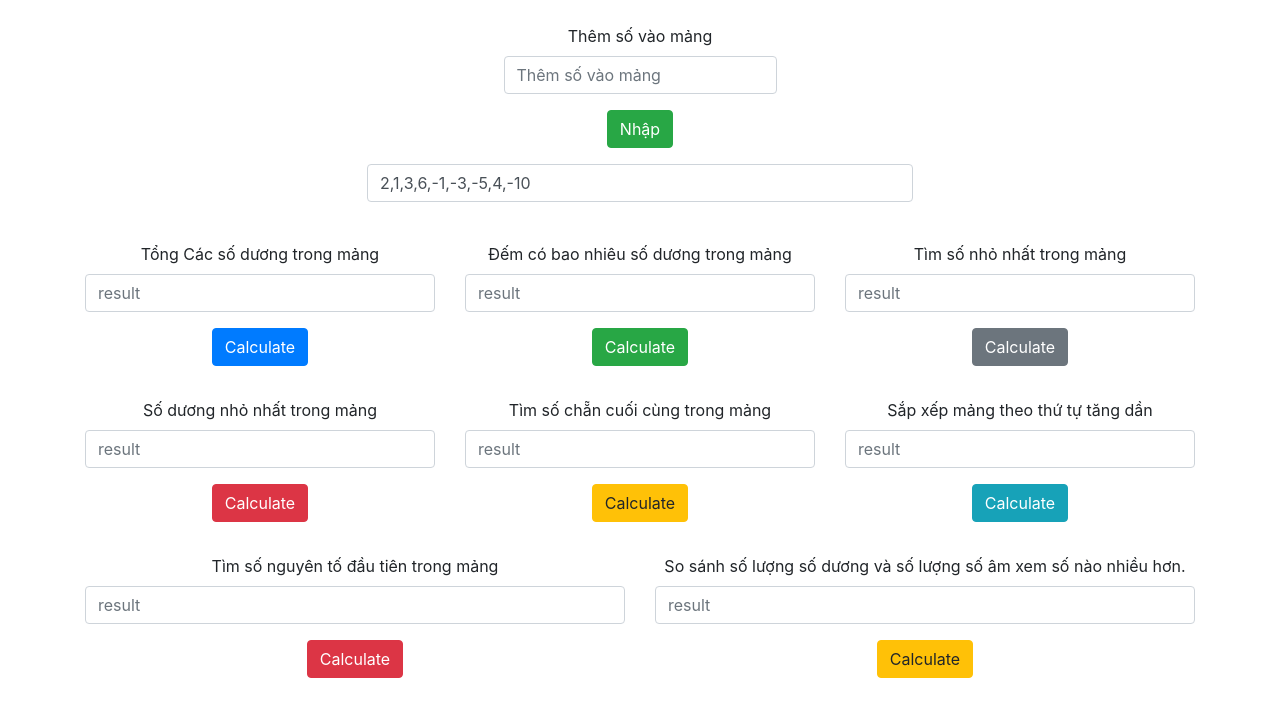
Repository: baobaodeveloper/bootcamp21__array__HuynhAnhBao
Page: index.html
An editor plug-in stored every save of this project. The page is shown before and after the next save, followed by the edit.
The browser window is 1280 px wide. The pictures show the whole page.

Above is the page before, as saved 2022-03-20 17:46:00.

### index.html
<!DOCTYPE html>
<html lang="en">
  <head>
    <title>JavaScript Array</title>
    <!-- Required meta tags -->
    <meta charset="utf-8" />
    <meta
      name="viewport"
      content="width=device-width, initial-scale=1, shrink-to-fit=no"
    />

    <!-- Bootstrap CSS -->
    <link
      rel="stylesheet"
      href="https://stackpath.bootstrapcdn.com/bootstrap/4.3.1/css/bootstrap.min.css"
      integrity="sha384-ggOyR0iXCbMQv3Xipma34MD+dH/1fQ784/j6cY/iJTQUOhcWr7x9JvoRxT2MZw1T"
      crossorigin="anonymous"
    />
  </head>
  <body>
    <div class="container d-flex justify-content-center align-items-center p-4">
      <div
        class="mb-3 text-center w-50 d-flex flex-column justify-content-center align-items-center"
      >
        <label class="form-label">Thêm số vào mảng</label>
        <input
          type="number"
          class="form-control w-50"
          id="number"
          placeholder="Thêm số vào mảng"
          value=""
        />
        <button type="button" class="btn btn-success m-3" id="input">
          Nhập
        </button>
        <input
          type="text"
          class="form-control d-block w-100"
          id="array-current"
          placeholder="Mảng hiện tại"
        />
      </div>
    </div>

    <div class="container">
      <div class="row">
        <div class="col text-center">
          <label class="form-label">Tổng Các số dương trong mảng</label>
          <input
            type="text"
            class="form-control"
            placeholder="result"
            id="result1"
          />
          <button
            type="button"
            class="btn btn-primary m-3"
            id="calculate-total-positive"
          >
            Calculate
          </button>
        </div>
        <div class="col text-center">
          <label class="form-label">Đếm có bao nhiêu số dương trong mảng</label>
          <input
            type="text"
            class="form-control"
            placeholder="result"
            id="result2"
          />
          <button
            type="button"
            class="btn btn-success m-3"
            id="total-number-position"
          >
            Calculate
          </button>
        </div>
        <div class="col text-center">
          <label class="form-label">Tìm số nhỏ nhất trong mảng</label>
          <input
            type="text"
            class="form-control"
            placeholder="result"
            id="result3"
          />
          <button type="button" class="btn btn-secondary m-3" id="min-number">
            Calculate
          </button>
        </div>
      </div>
    </div>

    <div class="container pt-3">
      <div class="row">
        <div class="col text-center">
          <label class="form-label">Số dương nhỏ nhất trong mảng</label>
          <input
            type="text"
            class="form-control"
            placeholder="result"
            id="result4"
          />
          <button type="button" class="btn btn-danger m-3" id="min-positive">
            Calculate
          </button>
        </div>
        <div class="col text-center">
          <label class="form-label">Tìm số chẵn cuối cùng trong mảng</label>
          <input
            type="text"
            class="form-control"
            placeholder="result"
            id="result5"
          />
          <button type="button" class="btn btn-warning m-3" id="even-end">
            Calculate
          </button>
        </div>
        <div class="col text-center">
          <label class="form-label">Sắp xếp mảng theo thứ tự tăng dần</label>
          <input
            type="text"
            class="form-control"
            placeholder="result"
            id="result7"
          />
          <button type="button" class="btn btn-info m-3" id="increase">
            Calculate
          </button>
        </div>
      </div>
    </div>

    <div class="container pt-3">
      <div class="row">
        <div class="col text-center">
          <label class="form-label">Tìm số nguyên tố đầu tiên trong mảng</label>
          <input
            type="text"
            class="form-control"
            placeholder="result"
            id="result4"
          />
          <button type="button" class="btn btn-danger m-3" id="min-positive">
            Calculate
          </button>
        </div>
        <div class="col text-center">
          <label class="form-label"
            >So sánh số lượng số dương và số lượng số âm xem số nào nhiều
            hơn.</label
          >
          <input
            type="text"
            class="form-control"
            placeholder="result"
            id="result5"
          />
          <button type="button" class="btn btn-warning m-3" id="even-end">
            Calculate
          </button>
        </div>
      </div>
    </div>
    <!-- Optional JavaScript -->
    <!-- jQuery first, then Popper.js, then Bootstrap JS -->
    <script
      src="https://code.jquery.com/jquery-3.3.1.slim.min.js"
      integrity="sha384-q8i/X+965DzO0rT7abK41JStQIAqVgRVzpbzo5smXKp4YfRvH+8abtTE1Pi6jizo"
      crossorigin="anonymous"
    ></script>
    <script
      src="https://cdnjs.cloudflare.com/ajax/libs/popper.js/1.14.7/umd/popper.min.js"
      integrity="sha384-UO2eT0CpHqdSJQ6hJty5KVphtPhzWj9WO1clHTMGa3JDZwrnQq4sF86dIHNDz0W1"
      crossorigin="anonymous"
    ></script>
    <script
      src="https://stackpath.bootstrapcdn.com/bootstrap/4.3.1/js/bootstrap.min.js"
      integrity="sha384-JjSmVgyd0p3pXB1rRibZUAYoIIy6OrQ6VrjIEaFf/nJGzIxFDsf4x0xIM+B07jRM"
      crossorigin="anonymous"
    ></script>
    <script src="app.js"></script>
  </body>
</html>

### app.js
// const number = document.getElementById("number");
// let arr = [];
// document.getElementById("input").addEventListener("click", () => {
//   const numberValue = number.value;
//   if (!numberValue) return;

//   arr.push(+numberValue);
//   number.value = "";
//   console.log(arr);
//   document.getElementById("array-current").value = arr.join("  ");
// });
let arr = [2, 1, 3, 6, -1, -3, -5, 4, -10];
document.getElementById("array-current").value = arr;
// 1. Tổng các số dương trong mảng.
document
  .getElementById("calculate-total-positive")
  .addEventListener("click", () => {
    const totalArrPositive = arr
      .filter((cur) => cur > 0)
      .reduce((cur, acc) => cur + acc, 0);
    document.getElementById("result1").value = totalArrPositive;
  });

// 2. Đếm có bao nhiêu số dương trong mảng.
document
  .getElementById("total-number-position")
  .addEventListener("click", () => {
    const totalArrPositive = arr.filter((cur) => cur > 0).length;
    document.getElementById("result2").value = totalArrPositive;
  });

//3. Tìm số nhỏ nhất trong mảng.
document.getElementById("min-number").addEventListener("click", () => {
  let minNumber = arr[0];
  arr.forEach((num) => {
    if (num < minNumber) minNumber = num;
  });
  document.getElementById("result3").value = minNumber;
});

// 4. Tìm số dương nhỏ nhất trong mảng.
document.getElementById("min-positive").addEventListener("click", () => {
  const positive = arr.filter((cur) => cur > 0).sort((a, b) => a - b);

  document.getElementById("result4").value = positive[0];
});

// 5. Tìm số chẵn cuối cùng trong mảng. Nếu mảng không có giá trị chẵn thì trả về -1.
document.getElementById("even-end").addEventListener("click", () => {
  const numEven = arr.filter((cur) => cur % 2 === 0);
  let numEvenEnd;
  if (numEven.length > 0) {
    numEvenEnd = numEven[numEven.length - 1];
  } else {
    numEvenEnd = -1;
  }
  document.getElementById("result5").value = numEvenEnd;
});

// 7. Sắp xếp mảng theo thứ tự tăng dần.
document.getElementById("increase").addEventListener("click", () => {
  const increaArr = arr.sort((a, b) => a - b);
  document.getElementById("result7").value = increaArr.join("  ");
});

// 8. Tìm số nguyên tố đầu tiên trong mảng. Nếu mảng không có số nguyên tố thì trả về – 1.

After the next save:
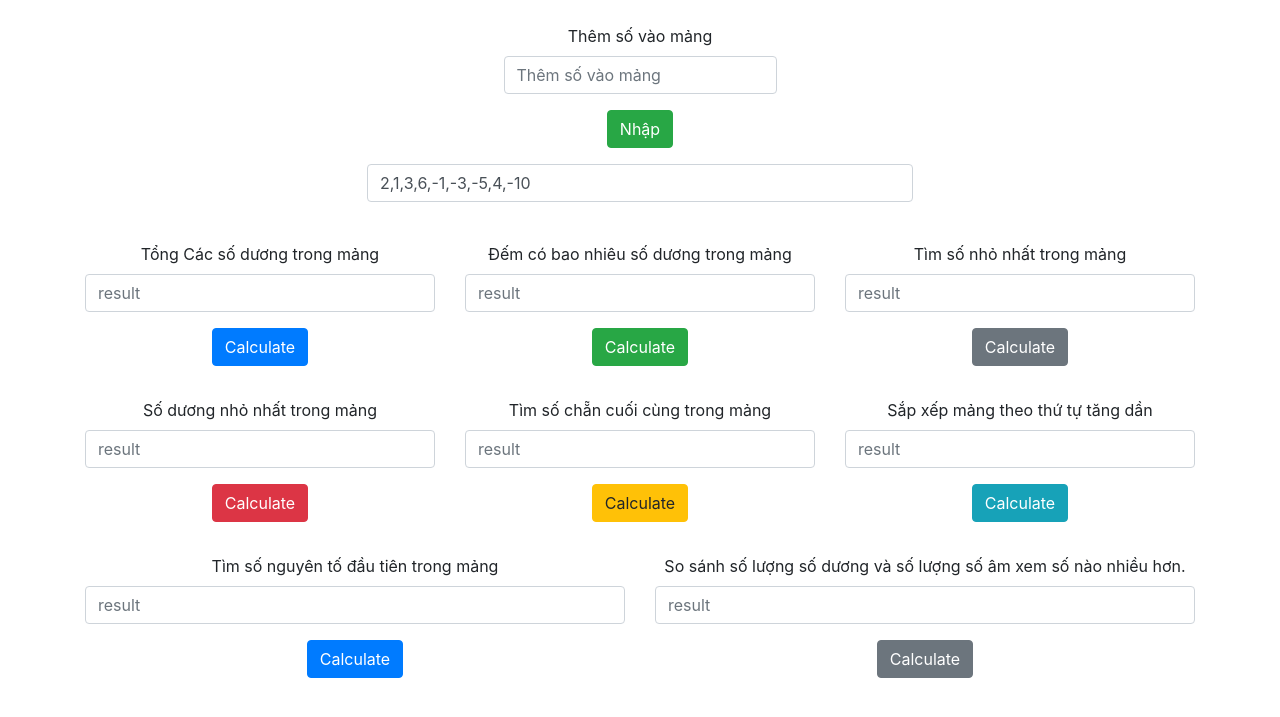
Saved 29 s later.
--- a/index.html
+++ b/index.html
@@ -142,7 +142,7 @@
             placeholder="result"
             id="result4"
           />
-          <button type="button" class="btn btn-danger m-3" id="min-positive">
+          <button type="button" class="btn btn-primary m-3" id="min-positive">
             Calculate
           </button>
         </div>
@@ -157,7 +157,7 @@
             placeholder="result"
             id="result5"
           />
-          <button type="button" class="btn btn-warning m-3" id="even-end">
+          <button type="button" class="btn btn-secondary m-3" id="even-end">
             Calculate
           </button>
         </div>
